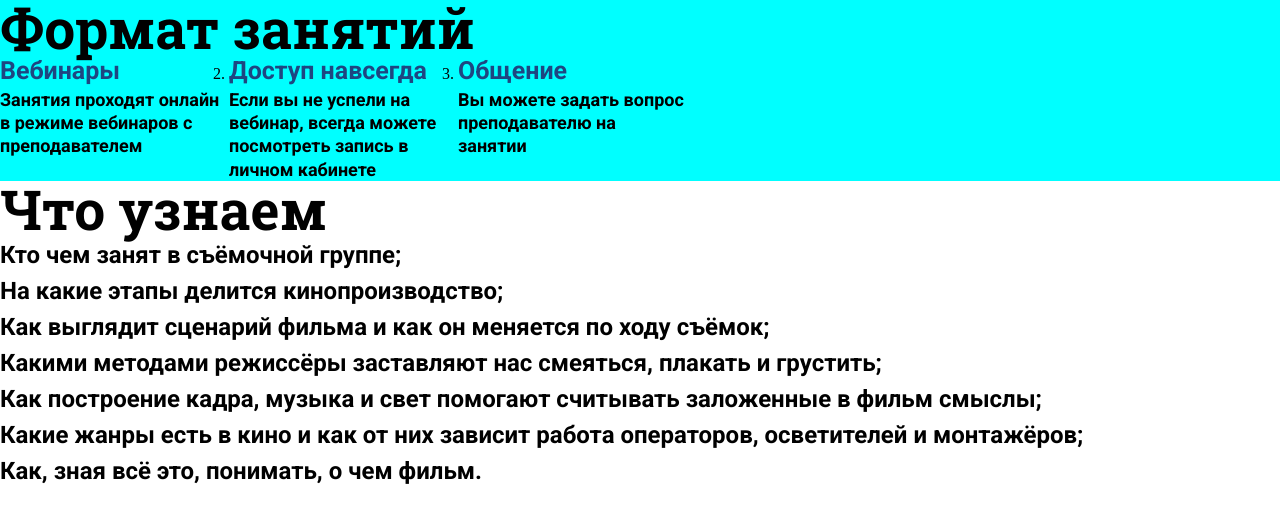
Repository: PoladEziz/Task2
Page: index.html
An editor plug-in stored every save of this project. The page is shown before and after the next save, followed by the edit.
The browser window is 1280 px wide. The pictures show the whole page.

Above is the page before, as saved 2023-05-04 17:16:46.

After the next save:
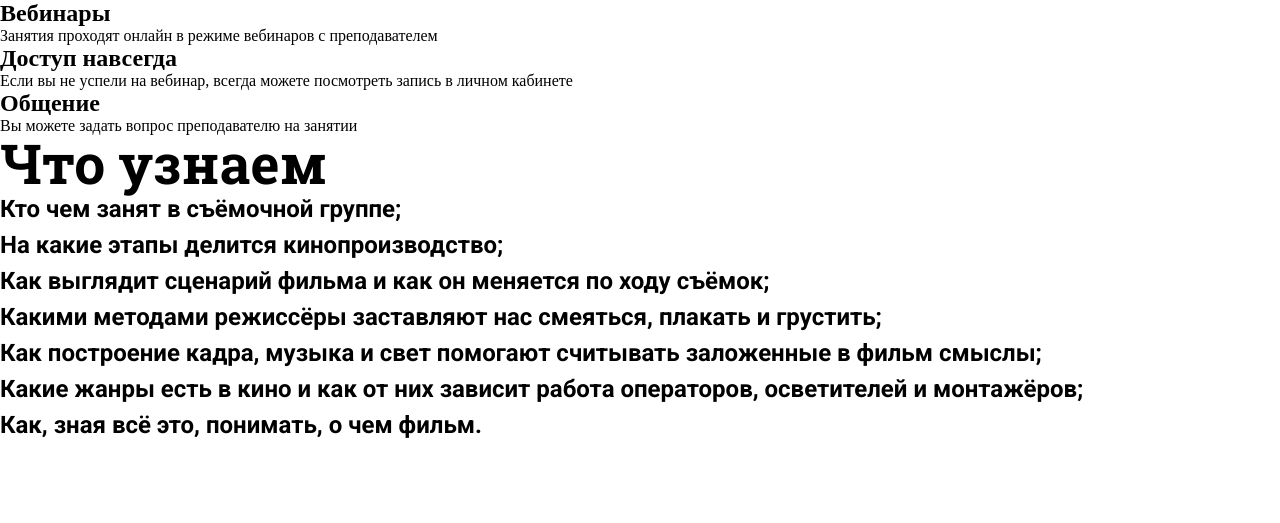
Saved 41 s later.
--- a/index.html
+++ b/index.html
@@ -11,7 +11,7 @@
 
 <body>
     <div class="main">
-        <div class="top_box">
+        <div class=">
             <h1>Формат занятий</h1>
             <div class="top_child">
 
